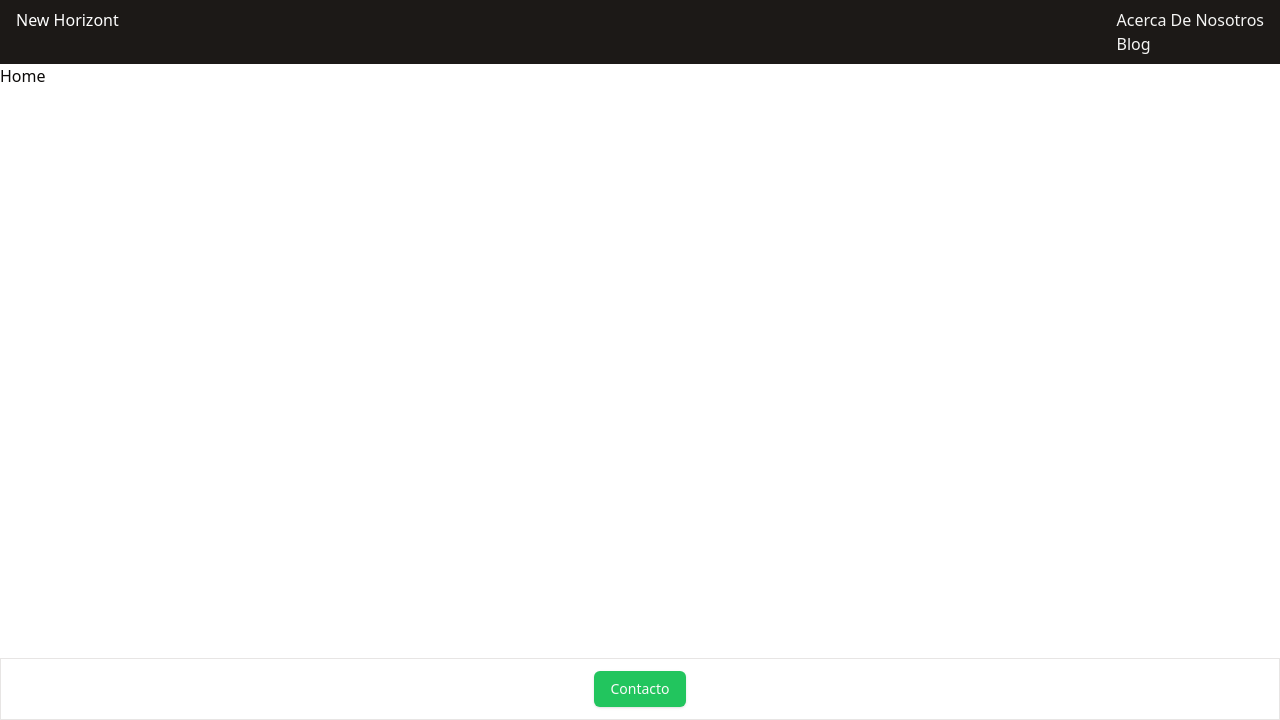
Repository: jefrydep/new-horizont-school
Page: /
The author's editor kept a copy of each file at every save. The page is drawn from the files as they stood at one save, then again after a run of saves.
The browser window is 1280 px wide. The pictures show the whole page.
The project was rebuilt for these pictures with package versions that can differ from the ones it lists, and the page was loaded fresh each time. The framework's server and built-in components were replaced by stand-ins that run in the browser. Also part of the build but not shown: next.config.ts.

Above is the page before, as saved 2024-11-07 17:34:45.

After the next 2 saves:
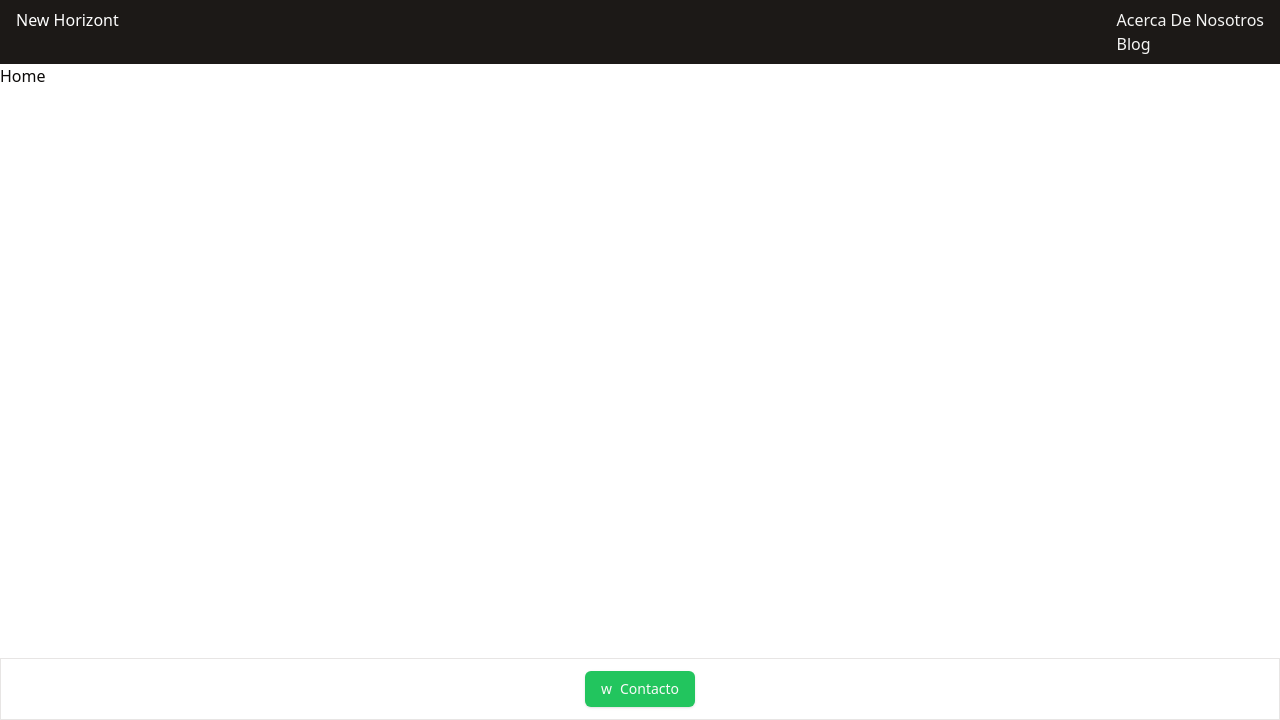
The 2 saves are shown as one change because they came seconds apart.
The last was saved 38 s later.
--- a/src/app/layout.tsx
+++ b/src/app/layout.tsx
@@ -33,7 +33,9 @@ export default function RootLayout({
         <Navbar />
         {children}
         <div className=" bg-white border flex justify-center py-3  absolute bottom-0 right-0 left-0">
-          <Button className="bg-green-500">Contacto</Button>
+          <Button className="bg-green-500">
+            <span>w</span> Contacto
+          </Button>
         </div>
         {/* <div className="absolute bg-red-400 bottom-0 left-1/2 transform -translate-x-1/2 mb-4">
           <Button>Contacto</Button>
